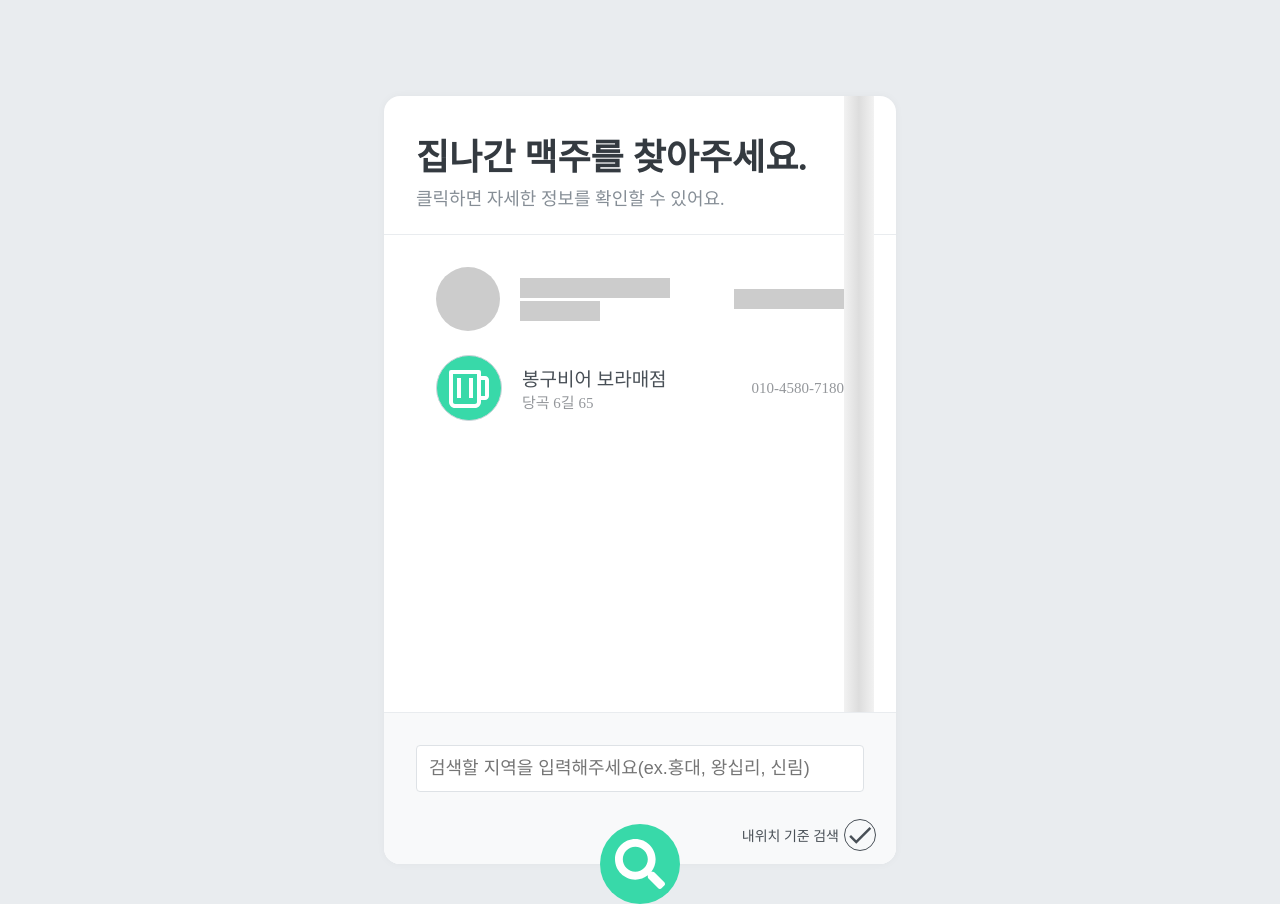
Repository: THE-SOPT-WEB/kimNamjun
Page: / (app in week4/bring-my-beer/)
An editor plug-in stored every save of this project. The page is shown before and after the next save, followed by the edit.
The browser window is 1280 px wide. The pictures show the whole page.
The project was rebuilt for these pictures with package versions that can differ from the ones it lists, and the page was loaded fresh each time.

Above is the page before, as saved 2022-05-13 03:49:59.

### week4/bring-my-beer/public/index.html
<!DOCTYPE html>
<html lang="en">
  <head>
    <meta charset="utf-8" />
    <link rel="icon" href="%PUBLIC_URL%/favicon.ico" />
    <meta name="viewport" content="width=device-width, initial-scale=1" />
    <meta name="theme-color" content="#000000" />
    <meta
      name="description"
      content="Web site created using create-react-app"
    />
    <link rel="apple-touch-icon" href="%PUBLIC_URL%/logo192.png" />
    <!--
      manifest.json provides metadata used when your web app is installed on a
      user's mobile device or desktop. See https://developers.google.com/web/fundamentals/web-app-manifest/
    -->
    <link rel="manifest" href="%PUBLIC_URL%/manifest.json" />
    <!--
      Notice the use of %PUBLIC_URL% in the tags above.
      It will be replaced with the URL of the `public` folder during the build.
      Only files inside the `public` folder can be referenced from the HTML.

      Unlike "/favicon.ico" or "favicon.ico", "%PUBLIC_URL%/favicon.ico" will
      work correctly both with client-side routing and a non-root public URL.
      Learn how to configure a non-root public URL by running `npm run build`.
    -->
    <title>우리동네 맥주집</title>
  </head>
  <body>
    <noscript>You need to enable JavaScript to run this app.</noscript>
    <div id="root"></div>
    <!--
      This HTML file is a template.
      If you open it directly in the browser, you will see an empty page.

      You can add webfonts, meta tags, or analytics to this file.
      The build step will place the bundled scripts into the <body> tag.

      To begin the development, run `npm start` or `yarn start`.
      To create a production bundle, use `npm run build` or `yarn build`.
    -->
  </body>
</html>

### week4/bring-my-beer/src/App.js
import React from 'react';
import { createGlobalStyle } from 'styled-components';
import Template from './components/Template';
import Header from './components/Header';
import List from './components/List';
import Search from './components/Search';
import SkeletonItem from './components/SkeletonItem';


const GlobalStyle = createGlobalStyle`
  body {
    background: #e9ecef;
  }
`;

function App() {
  return (
    <>
      <GlobalStyle />
      <Template>
        <Header />
        <List />
        <Search />
      </Template>
    </>
  );
}

export default App;

### week4/bring-my-beer/src/components/Template.jsx
import React from 'react';
import styled from 'styled-components';

const TemplateBlock = styled.div`
  width: 512px;
  height: 768px;

  position: relative;
  background: white;
  border-radius: 16px;
  box-shadow: 0 0 8px 0 rgba(0, 0, 0, 0.04);

  margin: 0 auto;

  margin-top: 96px;
  margin-bottom: 32px;
  display: flex;
  flex-direction: column;
`;

function Template({ children }) {
  return <TemplateBlock>{children}</TemplateBlock>;
}

export default Template;

### week4/bring-my-beer/src/components/Header.jsx
import React from 'react';
import styled from 'styled-components';

const HeaderBlock = styled.div`
  padding: 32px 32px 24px 32px;
  border-bottom: 1px solid #e9ecef;
  h1 {
    margin: 0;
    font-size: 36px;
    color: #343a40;
  }
  .tip {
    margin-top: 4px;
    color: #868e96;
    font-size: 18px;
  }
`;

function Header() {
  return (
    <HeaderBlock>
      <h1>집나간 맥주를 찾아주세요. </h1>
      <div className="tip">클릭하면 자세한 정보를 확인할 수 있어요.</div>
    </HeaderBlock>
  );
}

export default Header;

### week4/bring-my-beer/src/components/List.jsx
import React from 'react';
import axios from "axios";
import Skeleton, { SkeletonTheme } from 'react-loading-skeleton'
import styled from 'styled-components';
import Item from './Item';
import SkeletonItem from './SkeletonItem';

const ListBlock = styled.div`
  flex: 1;
  padding: 20px 32px;
  padding-bottom: 48px;
  overflow-y: auto;
`;

function List() {
  return (
    <ListBlock>
      <SkeletonItem/>
      <Item title="봉구비어 보라매점" adress='당곡 6길 65' contact='010-4580-7180'/>
    </ListBlock>
  );
}

export default List;

### week4/bring-my-beer/src/components/Search.jsx
import React, {useState} from 'react';
import styled, {css} from 'styled-components';
import { FaSearch } from 'react-icons/fa';
import { MdDone } from 'react-icons/md';

const CircleButton = styled.button`
  background: #38d9a9;
  &:hover {
    background: #63e6be;
  }
  &:active {
    background: #20c997;
  }

  cursor: pointer;
  width: 80px;
  height: 80px;
  display: block;
  align-items: center;
  justify-content: center;
  font-size: 50px;
  position: absolute;
  left: 50%;
  bottom: 0px;
  transform: translate(-50%, 50%);
  color: white;
  border-radius: 50%;
  border: none;
  outline: none;
  display: flex;
  align-items: center;
  justify-content: center;
  transition: 0.125s all ease-in;

`;

const InsertFormPositioner = styled.div`
  width: 100%;
  bottom: 0;
  left: 0;
  position: absolute;
`;

const InsertForm = styled.form`
  background: #f8f9fa;
  padding: 32px 32px 72px 32px;
  border-bottom-left-radius: 16px;
  border-bottom-right-radius: 16px;
  border-top: 1px solid #e9ecef;
`;

const Input = styled.input`
  padding: 12px;
  border-radius: 4px;
  border: 1px solid #dee2e6;
  width: 100%;
  outline: none;
  font-size: 18px;
  box-sizing: border-box;
`;

const CheckBox = styled.div`
  font-size: 14px;
  position: absolute;
  right: 20px;
  bottom: 5px;
  display: flex;
  align-items: center;
  justify-content: center;
  transition: 0.125s all ease-in;
  color: #495057;
`

const SmallCheckButton = styled.div`
  &:hover {
    border: 1px solid #38d9a9;
    color:#38d9a9;
  }
  &:active {
    border: 1px solid #20c997;;
    color:#20c997;;
  }

  cursor: pointer;
  width: 30px;
  height: 30px;
  font-size: 50px;
  color: #495057;
  border: 1px solid #495057;
  border-radius: 50%;
  margin-left: 5px;
  display: flex;
  align-items: center;
  justify-content: center;

  transition: 0.125s all ease-in;
  ${props =>
    props.checked &&
    css`
      border: 1px solid #38d9a9;
      color:#38d9a9;
    `}
`

function Search() {

  const [checked, setChecked] = useState(false);

  const onToggle = () => setChecked(!checked);

  return (
    <>
        <InsertFormPositioner>
          <InsertForm>
            <Input autoFocus placeholder="검색할 지역을 입력해주세요(ex.홍대, 왕십리, 신림)" disabled={checked ? true : false } />
          </InsertForm>
        </InsertFormPositioner>
      <CircleButton>
        <FaSearch/>
      </CircleButton>
      <CheckBox>
        <p> 내위치 기준 검색</p>
        <SmallCheckButton onClick={onToggle} checked={ checked ? true : false }>
          <MdDone/>
        </SmallCheckButton>
      </CheckBox>

    </>
  );
}

export default Search;

### week4/bring-my-beer/src/components/SkeletonItem.jsx
import React from 'react';
import styled  from 'styled-components';





const SkeletonBlock = styled.div`
    display: flex;
    align-items: center;
    padding: 12px 20px;

    @keyframes loading {
    0% {
        transform: translateX(0);
    }
    50%,
    100% {
        transform: translateX(460px);
        }
    }

    &::before{
        content: '';
        position: absolute;
        top: 0;
        left: 0;
        width: 30px;
        height: 100%;
        background: linear-gradient(to right, #f2f2f2, #ddd, #f2f2f2);
        animation: loading 2s infinite linear;
    }
`;

const SkeletonIcon = styled.div`
    width: 64px;
    height: 64px;
    border-radius: 50px;
    margin-right: 20px;
    background-color: #ccc;
`;

const SkeletonTitleBox = styled.div`
    flex-grow: 1;
`

const SkeletonTitle = styled.div`
    width: 150px;
    height:20px;
    background-color: #ccc;
`;

const SkeletonAdress = styled.div`
    width: 80px;
    margin-top: 3px;
    height:20px;
    background-color: #ccc;
`

const  SkeletonContact = styled.div`
    width: 110px;
    height:20px;
    background-color: #ccc;
`

function SkeletonItem({ title,adress,contact }) {
    return (
    <SkeletonBlock>
        <SkeletonIcon/>
    <SkeletonTitleBox>
        <SkeletonTitle/>
        <SkeletonAdress/>
    </SkeletonTitleBox>
    <SkeletonContact/>
    </SkeletonBlock>
    );
}

export default SkeletonItem;

### week4/bring-my-beer/src/components/Item.jsx
import React from 'react';
import styled  from 'styled-components';
import { BiBeer } from 'react-icons/bi';

const ItemBlock = styled.div`
  display: flex;
  align-items: center;
  padding: 12px 20px;
  border-radius:10px;
  transition: 0.25s all ease-in;
  cursor: pointer;
  &:hover{
    transform: scale(1.05);
  }
`;

const Icon = styled.div`
  width: 64px;
  height: 64px;
  border-radius: 50px;
  border: 1px solid #ced4da;
  font-size: 48px;
  display: flex;
  align-items: center;
  justify-content: center;
  margin-right: 20px;
  cursor: pointer;
  background-color: #38d9a9;
  color: #fff;
`;

const Title = styled.div`
  flex: 1;
  font-size: 19px;
  color: #495057;
`;

const Adress = styled.div`
  font-size: 15px;
  color: #94979b;
`

const  Contact = styled.div`
  font-size: 15px;
  color: #94979b;
`

function Item({ title,adress,contact }) {
  return (
    <ItemBlock>
      <Icon >
        <BiBeer />
      </Icon>
      <Title >{title}
        <Adress>{adress}</Adress>
      </Title>
      <Contact>{contact}</Contact>
    </ItemBlock>
  );
}

export default Item;

Loaded but not shown: week4/bring-my-beer/src/index.js (common file)

After the next save:
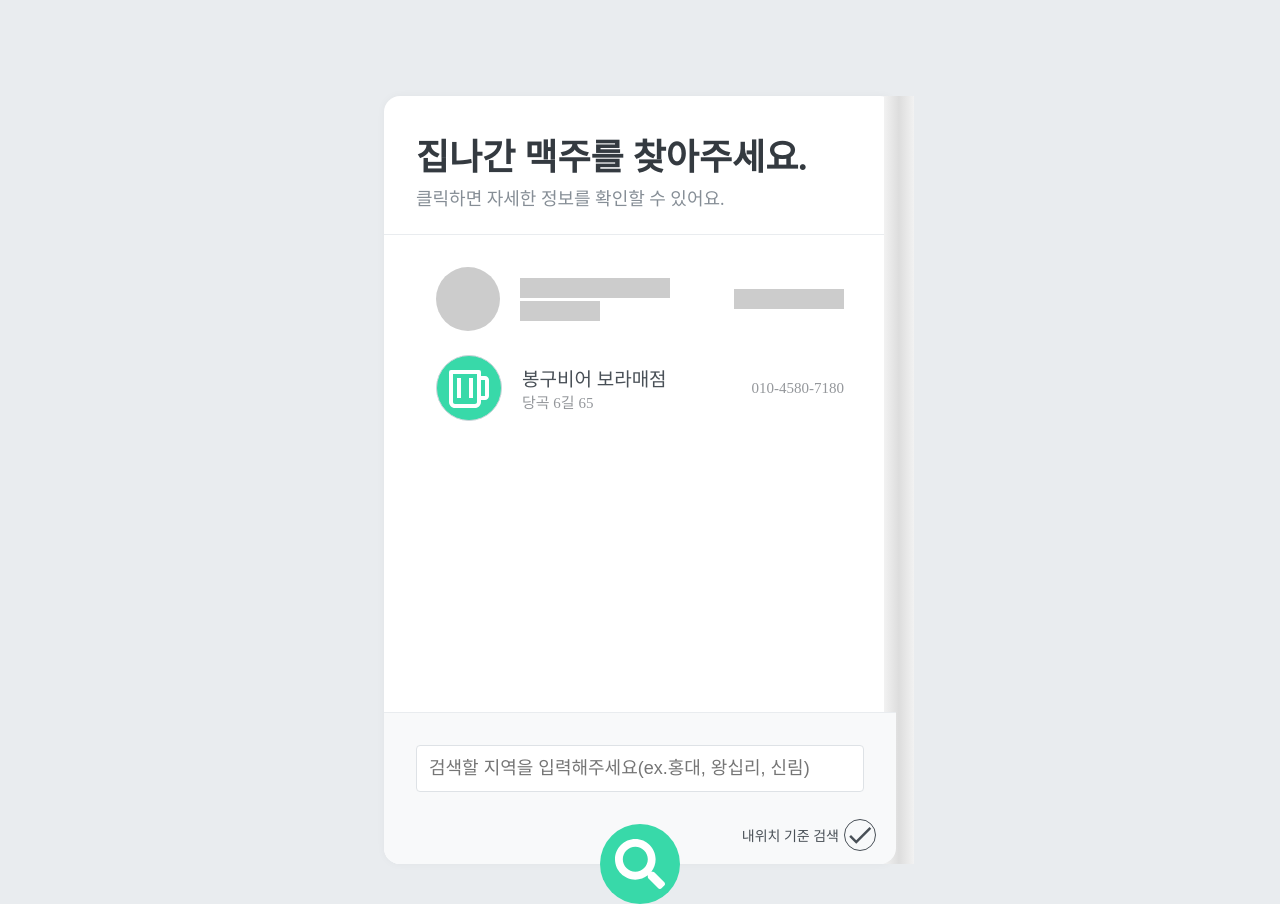
Saved 5 min 17 s later.
--- a/week4/bring-my-beer/src/components/SkeletonItem.jsx
+++ b/week4/bring-my-beer/src/components/SkeletonItem.jsx
@@ -16,7 +16,7 @@ const SkeletonBlock = styled.div`
     }
     50%,
     100% {
-        transform: translateX(460px);
+        transform: translateX(500px);
         }
     }
 
